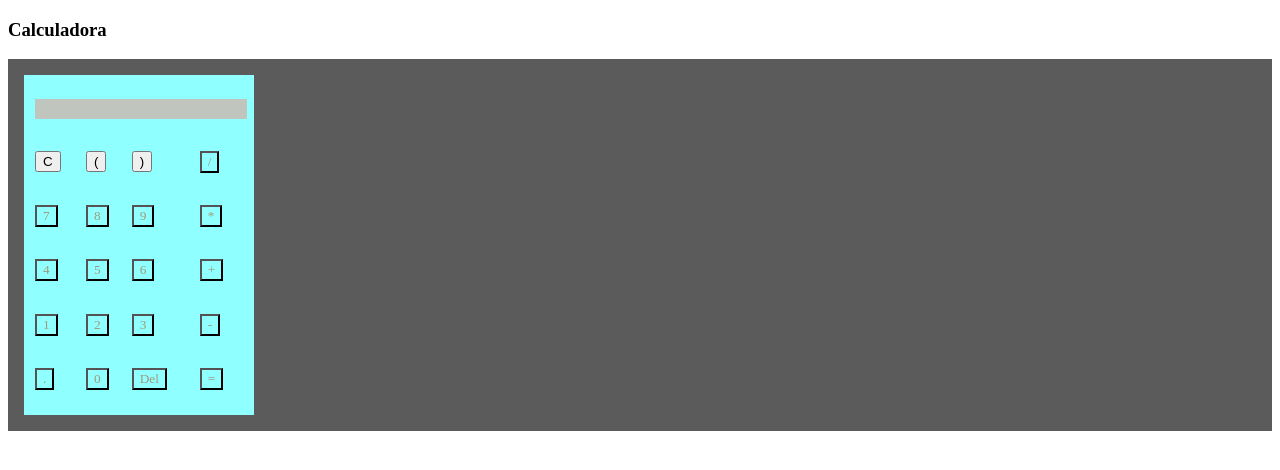
Repository: ServerK001/CalcJsVanilha
Page: index.html
These files come from the project's save history. The page is drawn as it stood at one moment and after a run of saves; the edit follows.
The browser window is 1280 px wide. The pictures show the whole page.
Some web fonts or font styles are not loaded; a fallback is used.

Above is the page before, as saved 2022-02-14 20:47:18.

### index.html
<!DOCTYPE html>
<html lang="pt-br">
<head>
    <meta charset="UTF-8">
    <meta http-equiv="X-UA-Compatible" content="IE=edge">
    <meta name="viewport" content="width=device-width, initial-scale=1.0">
    <script src="index.js" ></script>
    <link rel="stylesheet" href="style.css">
    <link href="//db.onlinewebfonts.com/c/bbfde24114f6f7cc0f421651e88bbca7?family=Unibody+8" rel="stylesheet" type="text/css"/>

    <title>Calculadora</title>
</head>
<body>

        <section class="conteiner">
            <h3>Calculadora</h3>
<div class="body">
            <table class="calculadora">
                <tr>
                    <td colspan="4"><input type="text" class="display"></td>
                </tr>

                <tr>
                    <td><button class="btn_1 btn-clear">C</button></td>
                    <td><button class="btn_1 btn-num">(</button></td>
                    <td><button class="btn_1 btn-num">)</button></td>
                    <td><button class="btn btn-num">/</button></td>
                </tr>

                <tr>
                    <td><button class="btn btn-num">7</button></td>
                    <td><button class="btn btn-num">8</button></td>
                    <td><button class="btn btn-num">9</button></td>
                    <td><button class="btn btn-num">*</button></td>
                </tr>
                <tr>
                    <td><button class="btn btn-num">4</button></td>
                    <td><button class="btn btn-num">5</button></td>
                    <td><button class="btn btn-num">6</button></td>
                    <td><button class="btn btn-num">+</button></td>
                </tr>
                <tr>
                    <td><button class="btn btn-num">1</button></td>
                    <td><button class="btn btn-num">2</button></td>
                    <td><button class="btn btn-num">3</button></td>
                    <td><button class="btn btn-num">-</button></td>
                </tr>
                <tr>
                    <td><button class="btn btn-num">.</button></td>
                    <td><button class="btn btn-num">0</button></td>
                    <td><button class="btn btn-del">Del</button></td>
                    <td><button class="btn btn-num">=</button></td>
                </tr>

            </table>
     </div>

        </section>

</body>
</html>

### index.js
console.log('Olá mundo')

### style.css
:root{
    --btn: #9f9a7a;
    --font-display:#435338;
    --displayBG:#c0c5bd;
    --bgCalc:#90FFFF;
    --bgConteiner:#5b5b5b;

    /*Bootuns Colors*/

    --btn_1:#F4FBFF;
    --btn_2:#2EB4FF;
    --btn_3:#2AFB4B;
    --btn_4:#FE5367;
    --btn_5:#FDEA44;
    --btn_6:#EA46ED;




}

.display{
    font-size: 1rem;
    width: 100%;
    text-align: right;
    font-family: "Unibody 8";
    color: var(--font-display);
    background-color: var(--displayBG);

        border: none;
}

.btn{
    font-family: "Unibody 8";
    color:var(--btn);
    background-color: var(--bgBtn);
}
.calculadora{
    background-color: var(--bgCalc);
    padding: 0.5rem;
    height: 340px;
    width: 230px;
}


.body{
    background-color: var(--bgConteiner);
    padding: 1rem;
}

After the next 3 saves:
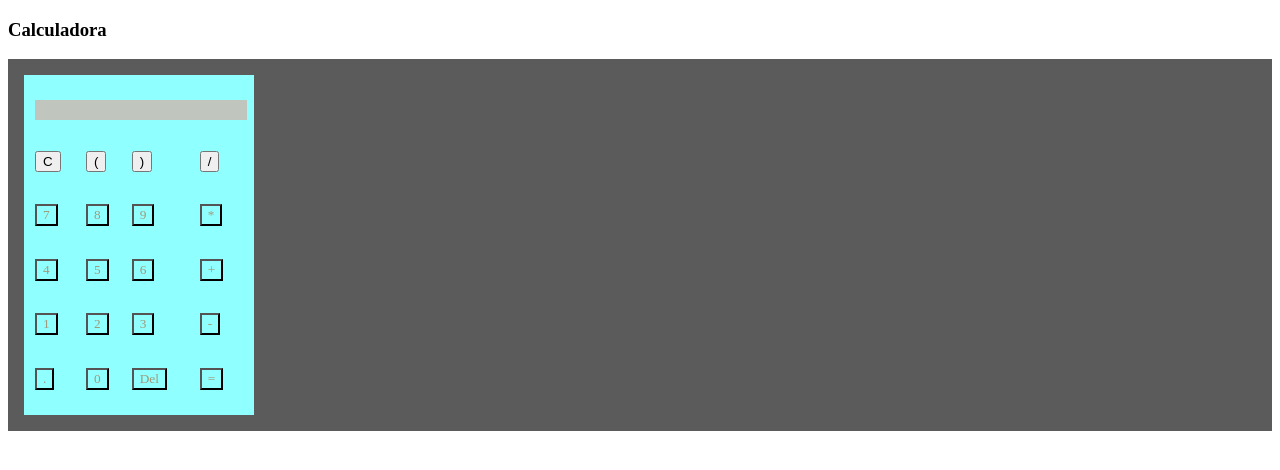
The 3 saves are shown as one change because they came seconds apart.
The last was saved 51 s later.
--- a/index.html
+++ b/index.html
@@ -22,9 +22,9 @@
 
                 <tr>
                     <td><button class="btn_1 btn-clear">C</button></td>
-                    <td><button class="btn_1 btn-num">(</button></td>
-                    <td><button class="btn_1 btn-num">)</button></td>
-                    <td><button class="btn btn-num">/</button></td>
+                    <td><button class="btn_2 btn-num">(</button></td>
+                    <td><button class="btn_3 btn-num">)</button></td>
+                    <td><button class="btn_ btn-num">/</button></td>
                 </tr>
 
                 <tr>
